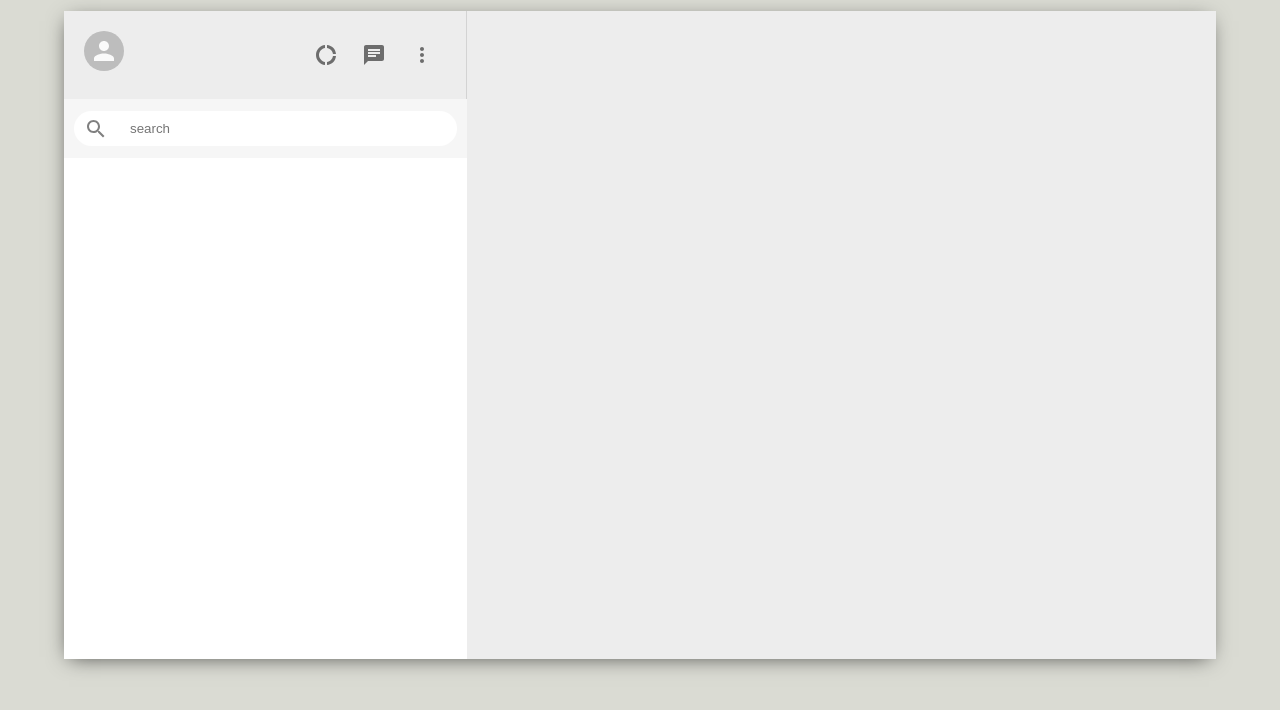
Repository: om1ars/functinal-chat
Page: /
These files come from the project's save history. The page is drawn as it stood at one moment and after the next save; the edit follows.
The browser window is 1280 px wide. The pictures show the whole page.
The project was rebuilt for these pictures with package versions that can differ from the ones it lists, and the page was loaded fresh each time. Also part of the build but not shown: src/components/SidebarChat.css.

Above is the page before, as saved 2021-11-22 13:51:04.

After the next save:
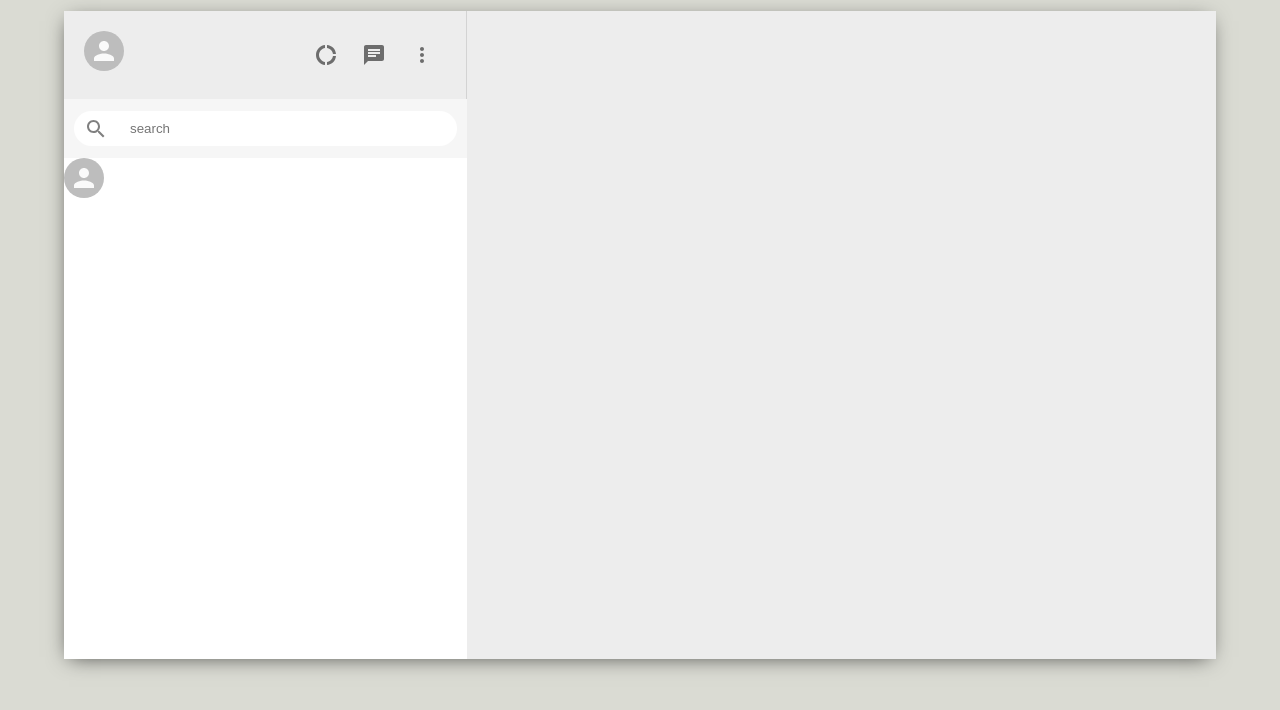
Saved 10 s later.
--- a/src/components/SidebarChat.js
+++ b/src/components/SidebarChat.js
@@ -1,8 +1,9 @@
+import { Avatar } from "@material-ui/core";
 import React from "react";
 import "./SidebarChat.css";
 
 export default function SidebarChat() {
   return <div className='sidebarChat'>
-
+      <Avatar />
   </div>;
 }
